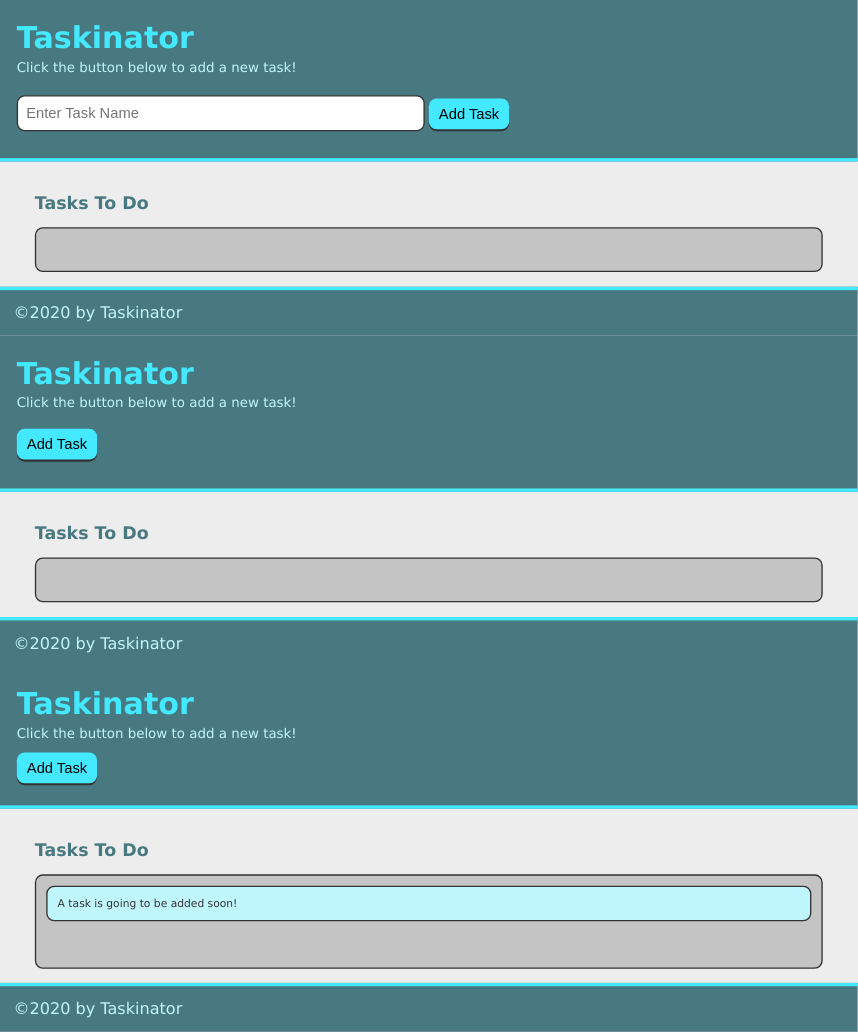
Repository: stuart-rickard/taskinator
Page: index.html
The author's editor kept a copy of each file at every save. The page is drawn from the files as they stood at one save, then again after the next save.
The browser window is 1280 px wide. The pictures show the whole page, at 67% of full size.

Above is the page before, as saved 2021-11-16 23:50:26.

After the next save:
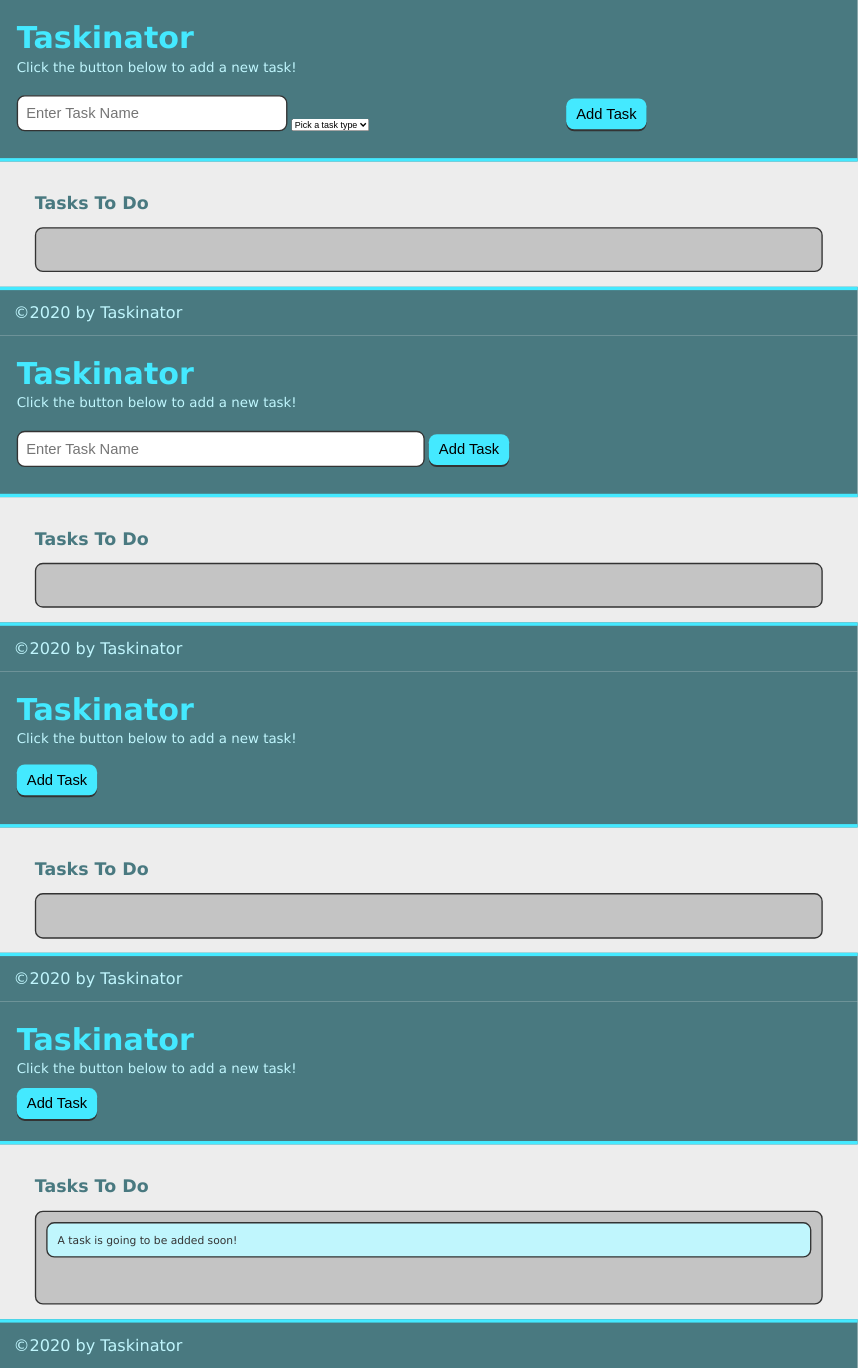
Saved 2 min 47 s later.
--- a/index.html
+++ b/index.html
@@ -1,3 +1,48 @@
+<!DOCTYPE html>
+<html lang="en">
+<head>
+    <meta charset="UTF-8">
+    <meta http-equiv="X-UA-Compatible" content="IE=edge">
+    <meta name="viewport" content="width=device-width, initial-scale=1.0">
+    <title>Taskinator</title>
+    <link rel="stylesheet" href="./assets/css/style.css">
+</head>
+<body>
+    <header>
+        <h1 class="page-title">Taskinator</h1>
+        <p>Click the button below to add a new task!</p>
+        <form id="task-form">
+            <div class="form-group">
+                <input type="text" name="task-name" placeholder="Enter Task Name" />
+            </div>
+            <div class="form-group">
+                <select name="task-type">
+                  <option value="" disabled selected>Pick a task type</option>
+                  <option value="Print">Print</option>
+                  <option value="Web">Web</option>
+                  <option value="Mobile">Mobile</option>
+                </select>
+            </div>
+            <div class="form-group">
+                <button class="btn" id="save-task" type="submit">Add Task</button>
+            </div>
+        </form>
+    </header>
+    <main class="page-content">
+        <section class="task-list-wrapper">
+          <h2 class="list-title">Tasks To Do</h2>
+          <ul class="task-list" id="tasks-to-do">
+
+          </ul>
+        </section>
+    </main>
+    <footer>
+        &copy;2020 by Taskinator
+    </footer>
+
+    <script src="./assets/js/script.js"></script>
+</body>
+</html>
 <!DOCTYPE html>
 <html lang="en">
 <head>
